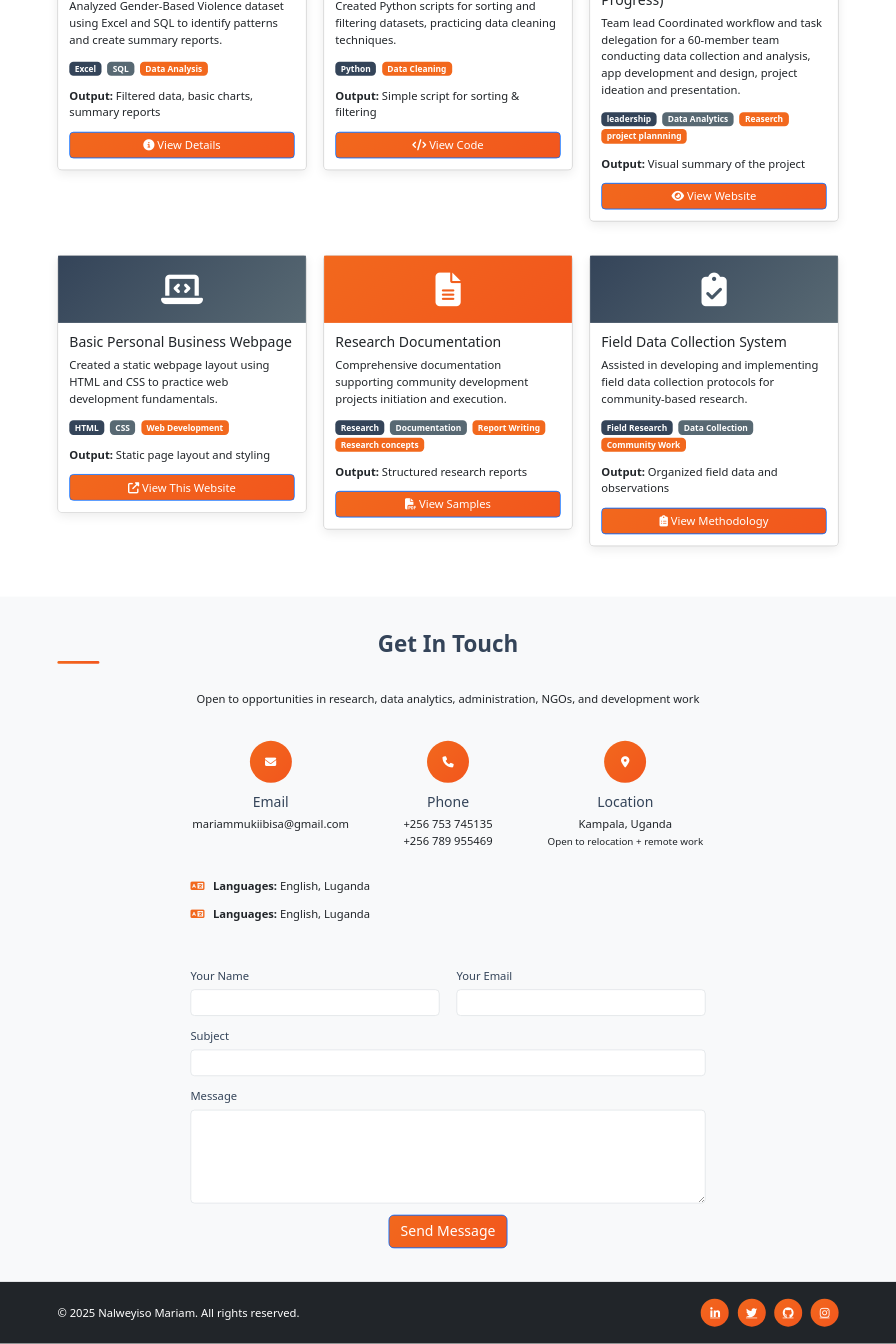
Repository: NalweMari/My-Personal-Portfolio
Page: index.html
These files come from the project's save history. The page is drawn as it stood at one moment and after a run of saves; the edit follows.
The browser window is 1280 px wide. The pictures show the part of the page from y = 1795 to 3715 px (the page is 3715 px tall before and 3675 px after), at 70% of full size.
A picture or video elsewhere on the page could not be fetched, so the positions and the page height are approximate.

Above is the page before, as saved 2025-12-04 03:22:52.
Console error (its wording comes from the project's code and is left out).

After the next 5 saves:
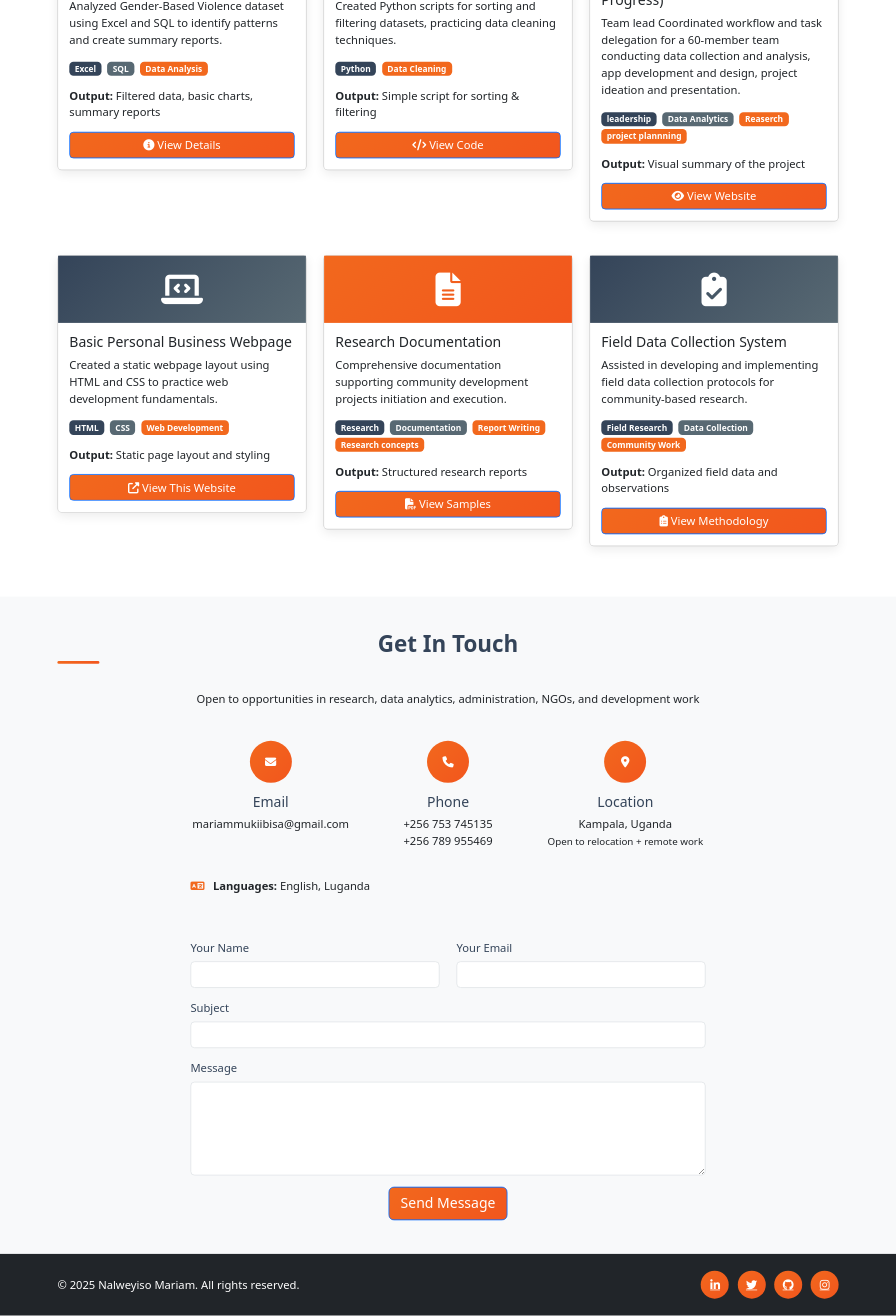
The 5 saves are shown as one change because they came seconds apart.
The last was saved 19 s later.
--- a/index.html
+++ b/index.html
@@ -360,7 +360,6 @@
                             <p>Kampala, Uganda<br><small>Open to relocation + remote work</small></p>
                         </div>
                         <div><p><i class="fas fa-language me-2" style="color: var(--accent-1);"></i> <strong>Languages:</strong> English, Luganda</p></div>
-                        <p><i class="fas fa-language me-2" style="color: var(--accent-1);"></i> <strong>Languages:</strong> English, Luganda</p>
                     </div>
 
                     <form>
